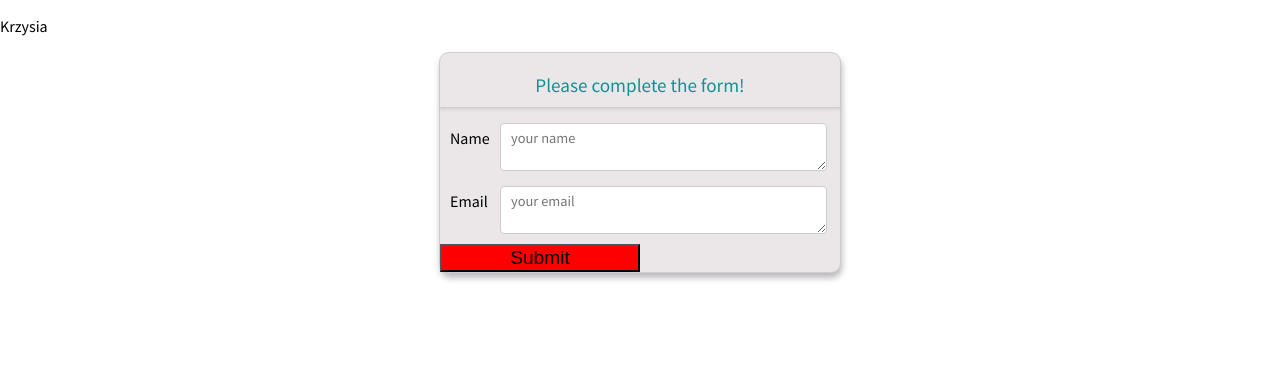
Repository: KrzysKolo/sr_tydzien4_zad2
Page: /
The author's editor kept a copy of each file at every save. The page is drawn from the files as they stood at one save, then again after the next save.
The browser window is 1280 px wide. The pictures show the whole page.
The project was rebuilt for these pictures with package versions that can differ from the ones it lists, and the page was loaded fresh each time. Also part of the build but not shown: src/components/formComponents/ErrorMessage.js, src/components/formComponents/Message.js.

Above is the page before, as saved 2020-11-27 17:18:45.

### src/index.css
@import url("https://fonts.googleapis.com/css?family=Source+Sans+Pro");
body {
  margin: 0;
  font-family: "Source Sans Pro", sans-serif;
}

code {
  font-family: source-code-pro, Menlo, Monaco, Consolas, "Courier New",
    monospace;
}

### src/App.js
import React from 'react'
import Form from './components/Form';

function App() {
  return (
    <div>
      <p>Krzysia</p>
      <Form />
    </div>
  )
}

export default App

### src/components/Form.js
import React, { Component } from 'react';
import Input from './formComponents/Input';
import Button from './formComponents/Button';
import Header from './formComponents/Header';
import Message from './formComponents/Message';
import styled from 'styled-components';

const ContainerForm = styled.form`
width: 80%;
max-width: 400px;
background: rgb(235, 231, 232);
border: 1px solid rgb(206, 204, 204);
border-radius: 10px;
box-shadow: 1px 5px 6px rgb(189, 185, 189);
margin: 0 auto;
`;

class Form extends Component {

state = {
    Name: '',
    Email: '',
    message: '',
    errors: {
        Name: false,
        Email: false,
        }
}
message = {
    Name_incorrect: "Nazwa musi być dłuższa niż 5 znaków i nie może zawierać spacji",
    Email_incorrect: "Brak @ lub adres zawiera spacje",
}

handleChange = e =>{
    const inputName = e.target.name;
    const type = e.target.type
    if(type === "text" || type === "email") {
        const value = e.target.value;
        this.setState({
            [inputName] : value,
        })
    }
}
onSubmit = e => {
    e.preventDefault();
    const validation = this.formValidation();
    if(validation.correct) {
      this.setState({
        Name: "",
        Email: "",
        message: "The form has been submitted!",
        errors: {
          Name: false,
          Email: false,
        }
      })
      console.log(this.state.message);
    } else {
      this.setState({
        errors: {
          Name: !validation.Name,
          Email: !validation.Email,
        }
      })
    }
}

formValidation = () => {
    let Name = false;
    let Email = false;
    let correct = false;
    if(this.state.Name.length > 5) {
      Name = true;
    }
    if(this.state.Email.indexOf('@') !== -1 && this.state.Email.lastIndexOf(' ') === -1) {
      Email = true;
    }
    if (Name && Email){
        correct = true;
      }
   return ({
      Name,
      Email,
      correct,

    })

  }

    render () {

    return (
        <ContainerForm onSubmit={this.onSubmit} noValidate>
          <Header />
          <Input type="text" placeholder="your name" value={this.state.Name} name="Name" onChange={this.handleChange} errorInfo={this.state.errors.Name} message={this.message.Name_incorrect} />
          <Input type="email" placeholder="your email" value={this.state.Email} name="Email" onChange={this.handleChange} errorInfo={this.state.errors.Email} message={this.message.Email_incorrect} />
          <Button type="submit" />
          {this.state.message && <Message message={this.state.message} /> }
        </ContainerForm>
    )
    }
}

export default Form

### src/components/formComponents/Input.js
import React from 'react'
import styled from 'styled-components';
import ErrorMessage from './ErrorMessage';

const TextAreaDiv = styled.div`
    display: flex;
    flex-direction: row;
    align-content: center;
    margin: 0 auto;
    padding-top: 5px;

`;
const TextAreaLabel = styled.label`
    width: 10%;
    font-size: 1rem;
    padding: 5px 10px;
`;
const inputStyles = errorInfo => `
    width: 80%;
    max-width: 305px;
    padding: 5px 10px;
    border: 1px solid ${errorInfo ? '#d3170d' : '#ccc'};
    border-radius: 4px;
    font-family: inherit;
    font-size: 0.9rem;
    ${!errorInfo && 'margin-bottom: 10px;'}
`;
const TextAreaError = styled.textarea`
    ${props => inputStyles(props.errorInfo)}
`;

const Input = (props) => {
    const { name, message, errorInfo }= props;
    return (
        <>
            <TextAreaDiv>
                <TextAreaLabel>{name} </TextAreaLabel>
                <TextAreaError {...props} errorInfo={errorInfo} message={message}/>
            </TextAreaDiv>
            {errorInfo && <ErrorMessage message={message} /> }
        </>
    )

}

export default Input;

### src/components/formComponents/Button.js
import React from 'react'
import styled from 'styled-components';

const BtnSubmit = styled.button`
 width: 200px;
 background: red;
 font-size: 1.2rem;
`;

const Button = () => {
    return (
        <BtnSubmit>Submit</BtnSubmit>
    )
}

export default Button;

### src/components/formComponents/Header.js
import React from 'react';
import styled from 'styled-components';

const HeaderTitle = styled.header`
    border-bottom: 1px solid rgb(206, 204, 204);
    box-shadow: 0 2px 2px rgba(189, 185, 189, 0.4);
    color: rgb(19, 144, 150);
    font-size: 1.2rem;
    font-wight: 900;
    padding: 10px;
    margin: 10px auto;
    text-align: center;

`;

const Header = () => {
    return (
        <HeaderTitle>
            Please complete the form!
        </HeaderTitle>
    )
}

export default Header;

### src/components/formComponents/TextArea.js
import React from 'react'
import styled from 'styled-components';
import ErrorMessage from './ErrorMessage';
const InputDiv = styled.div`
    display: flex;
    flex-direction: row;
    align-content: center;
    margin: 0 auto;
    padding-top: 5px;

`;
const InputLabel = styled.label`
    width: 10%;
    font-size: 1rem;
    padding: 5px 10px;
`;
const inputStyles = errorInfo => `
    width: 80%;
    max-width: 305px;
    padding: 5px 10px;
    border: 1px solid ${errorInfo ? '#d3170d' : '#ccc'};
    border-radius: 4px;
    font-family: inherit;
    font-size: 0.9rem;
    ${!errorInfo && 'margin-bottom: 10px;'}
`;
const InputError = styled.input`
    ${props => inputStyles(props.errorInfo)}
`;

const TextArea = (props) => {
    const { name, message, errorInfo }= props;
    return (
        <>
            <InputDiv>
                <InputLabel>{name} </InputLabel>
                <InputError {...props} errorInfo={errorInfo} message={message}/>
            </InputDiv>
            {errorInfo && <ErrorMessage message={message} /> }
        </>
    )

}

export default TextArea;

Loaded but not shown: public/index.html (common file); src/index.js (common file)

After the next save:
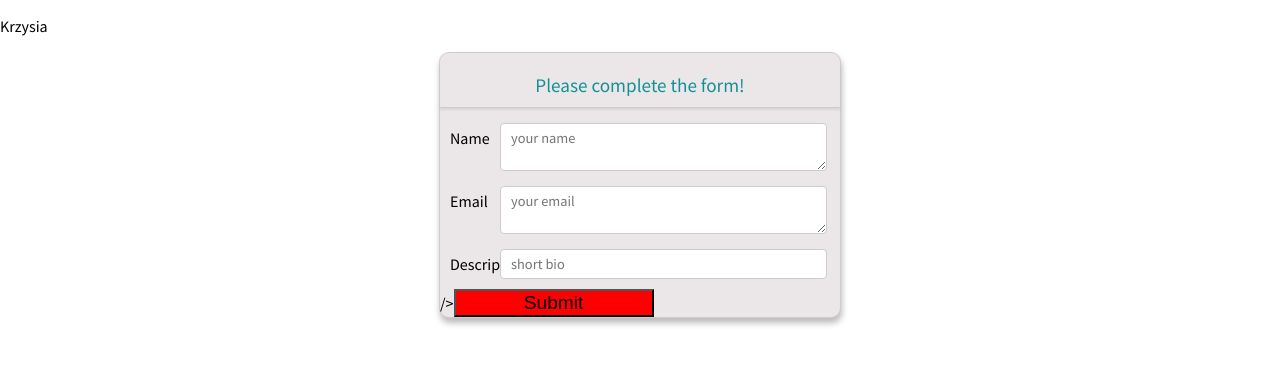
Saved 2 min 42 s later.
--- a/src/components/Form.js
+++ b/src/components/Form.js
@@ -1,5 +1,6 @@
 import React, { Component } from 'react';
 import Input from './formComponents/Input';
+import TextArea from './formComponents/TextArea';
 import Button from './formComponents/Button';
 import Header from './formComponents/Header';
 import Message from './formComponents/Message';
@@ -94,6 +95,7 @@ formValidation = () => {
           <Header />
           <Input type="text" placeholder="your name" value={this.state.Name} name="Name" onChange={this.handleChange} errorInfo={this.state.errors.Name} message={this.message.Name_incorrect} />
           <Input type="email" placeholder="your email" value={this.state.Email} name="Email" onChange={this.handleChange} errorInfo={this.state.errors.Email} message={this.message.Email_incorrect} />
+          <TextArea  rows="8" placeholder="short bio" value={this.state.Description} name="Description" onChange={this.handleChange} errorInfo={this.state.errors.Description} message={this.message.Description_incorrect} /> />
           <Button type="submit" />
           {this.state.message && <Message message={this.state.message} /> }
         </ContainerForm>
